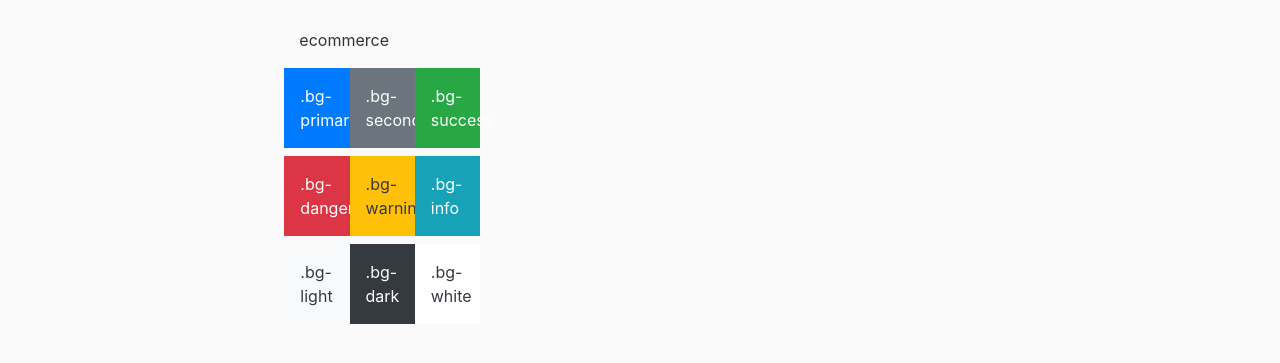
Repository: khanhdk0000/first_proj
Page: http://localhost/about?my_var=ecommerce
The author's editor kept a copy of each file at every save. The page is drawn from the files as they stood at one save, then again after a run of saves.
The browser window is 1280 px wide. The pictures show the whole page.
Some web libraries are served in a nearby version. The page is served by the project's application, run on Flask 3 (flaskblog.py).

Above is the page before, as saved 2021-05-25 11:53:06.

### templates/about.html
{% extends "layout.html" %} {% block content %}
<div class="flex-center">
<div>
<p>{{ var}}</p>
<div class="row">
    <div class="col-2 p-3 mb-2 bg-primary text-white">.bg-primary</div>
    <div class="col-2 p-3 mb-2 bg-secondary text-white">.bg-secondary</div>
    <div class="col-2 p-3 mb-2 bg-success text-white">.bg-success</div>
</div>

<div class="row">
    <div class="col-2 p-3 mb-2 bg-danger text-white">.bg-danger</div>
    <div class="col-2 p-3 mb-2 bg-warning text-dark">.bg-warning</div>
    <div class="col-2 p-3 mb-2 bg-info text-white">.bg-info</div>
</div>

<div class="row">
    <div class="col-2 p-3 mb-2 bg-light text-dark">.bg-light</div>
    <div class="col-2 p-3 mb-2 bg-dark text-white">.bg-dark</div>
    <div class="col-2 p-3 mb-2 bg-white text-dark">.bg-white</div>
</div>
</div>
</div>

{% endblock content %}

### templates/layout.html
<!DOCTYPE html>
<html>
  <head>
    <!-- Required meta tags -->
    <meta charset="utf-8" />
    <meta
      name="viewport"
      content="width=device-width, initial-scale=1, shrink-to-fit=no"
    />

    <!-- Bootstrap CSS -->
    <link
      rel="stylesheet"
      href="https://maxcdn.bootstrapcdn.com/bootstrap/4.0.0/css/bootstrap.min.css"
      integrity="sha384-Gn5384xqQ1aoWXA+058RXPxPg6fy4IWvTNh0E263XmFcJlSAwiGgFAW/dAiS6JXm"
      crossorigin="anonymous"
    />

    <link
      rel="stylesheet"
      type="text/css"
      href="{{ url_for('static', filename='main.css') }}"
    />

    {% if title %}
    <title>Flask Blog - {{ title }}</title>
    {% else %}
    <title>Flask Blog</title>
    {% endif %}
  </head>
  <body>
    {% block content %}{% endblock %}

    <!-- Optional JavaScript -->
    <!-- jQuery first, then Popper.js, then Bootstrap JS -->
    <script
      src="https://code.jquery.com/jquery-3.2.1.slim.min.js"
      integrity="sha384-KJ3o2DKtIkvYIK3UENzmM7KCkRr/rE9/Qpg6aAZGJwFDMVNA/GpGFF93hXpG5KkN"
      crossorigin="anonymous"
    ></script>
    <script
      src="https://cdnjs.cloudflare.com/ajax/libs/popper.js/1.12.9/umd/popper.min.js"
      integrity="sha384-ApNbgh9B+Y1QKtv3Rn7W3mgPxhU9K/ScQsAP7hUibX39j7fakFPskvXusvfa0b4Q"
      crossorigin="anonymous"
    ></script>
    <script
      src="https://maxcdn.bootstrapcdn.com/bootstrap/4.0.0/js/bootstrap.min.js"
      integrity="sha384-JZR6Spejh4U02d8jOt6vLEHfe/JQGiRRSQQxSfFWpi1MquVdAyjUar5+76PVCmYl"
      crossorigin="anonymous"
    ></script>
    <!-- MDB -->
    <script
      type="text/javascript"
      src="https://cdnjs.cloudflare.com/ajax/libs/mdb-ui-kit/3.5.0/mdb.min.js"
    ></script>
  </body>
</html>

### flaskblog.py
from flask import Flask, render_template, url_for, request
app = Flask(__name__)


posts = [
    {
        'author': 'Corey Schafer',
        'title': 'Blog Post 1',
        'content': 'First post content',
        'date_posted': 'April 20, 2018'
    },
    {
        'author': 'Jane Doe',
        'title': 'Blog Post 2',
        'content': 'Second post content',
        'date_posted': 'April 21, 2018'
    }
]

@app.route('/')
@app.route('/home')
def hello_world():
    return render_template('home.html', posts=posts, title='Hey')

@app.route('/about')
def about():
    my_var = request.args.get('my_var', None)
    return render_template('about.html', posts=posts, var=my_var)

if __name__ == '__main__':
    app.run(debug=True)

### static/main.css
body {
    background: #fafafa;
    color: #333333;
    margin-top: 5rem;
    height: 100%;
  }

  h1, h2, h3, h4, h5, h6 {
    color: #444444;
  }

  .bg-steel {
    background-color: #5f788a;
  }

  .site-header .navbar-nav .nav-link {
    color: #cbd5db;
  }

  .site-header .navbar-nav .nav-link:hover {
    color: #ffffff;
  }

  .site-header .navbar-nav .nav-link.active {
    font-weight: 500;
  }

  .content-section {
    background: #ffffff;
    padding: 10px 20px;
    border: 1px solid #dddddd;
    border-radius: 3px;
    margin-bottom: 20px;
  }

  .article-title {
    color: #444444;
  }

  a.article-title:hover {
    color: #428bca;
    text-decoration: none;
  }

  .article-content {
    white-space: pre-line;
  }

  .article-img {
    height: 65px;
    width: 65px;
    margin-right: 16px;
  }

  .article-metadata {
    padding-bottom: 1px;
    margin-bottom: 4px;
    border-bottom: 1px solid #e3e3e3
  }

  .article-metadata a:hover {
    color: #333;
    text-decoration: none;
  }

  .article-svg {
    width: 25px;
    height: 25px;
    vertical-align: middle;
  }

  .account-img {
    height: 125px;
    width: 125px;
    margin-right: 20px;
    margin-bottom: 16px;
  }

  .account-heading {
    font-size: 2.5rem;
  }

  .vertical-center {
    min-height: 100%;  /* Fallback for browsers do NOT support vh unit */
    min-height: 100vh; /* These two lines are counted as one :-)       */

    justify-content:center;
    display: flex;
    align-items: center;
  }

  .flex-center {
    display: flex;
    justify-content: center;
    align-items: center;
    height: 200px;
    width: 75%;
  }

After the next 2 saves:
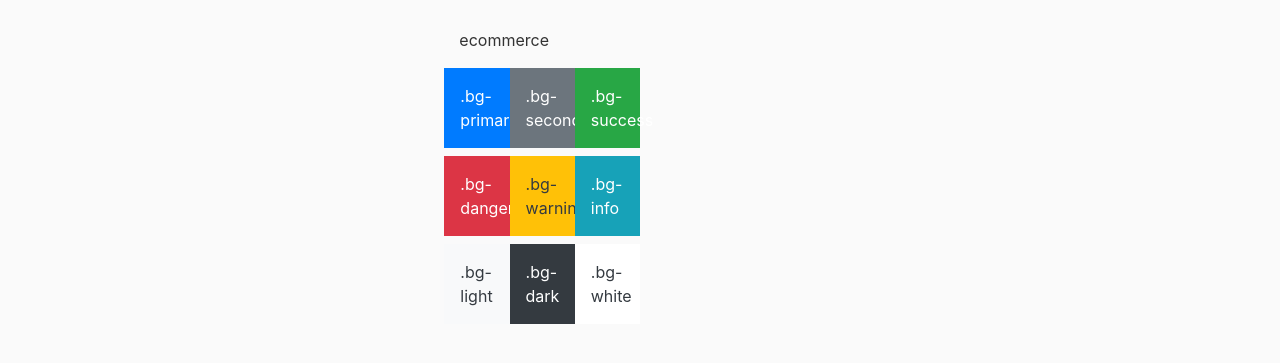
The 2 saves are shown as one change because they came seconds apart.
The last was saved 11 s later.
--- a/static/main.css
+++ b/static/main.css
@@ -94,5 +94,5 @@ body {
     justify-content: center;
     align-items: center;
     height: 200px;
-    width: 75%;
+    width: 100%;
   }
